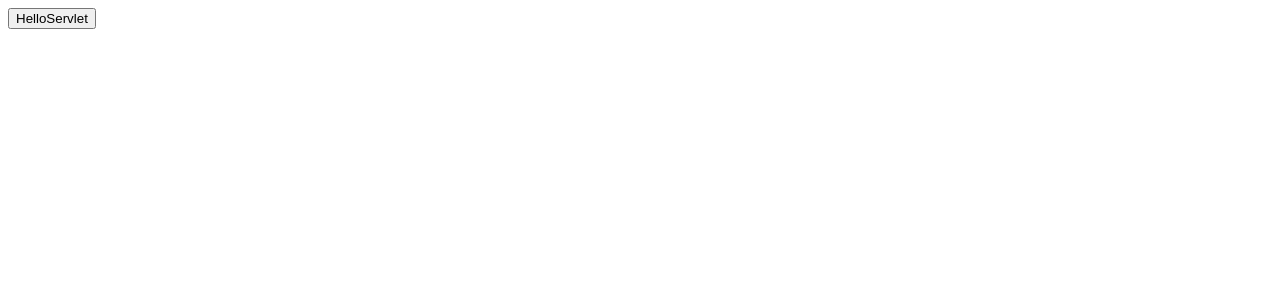
Repository: unosaan/test
Page: http://localhost/HelloServlet/
These files come from the project's save history. The page is drawn as it stood at one moment and after the next save; the edit follows.
The browser window is 1280 px wide. The pictures show the whole page.
The page is served by Tomcat 9. Other server files are loaded and not shown.

Above is the page before, as saved 2018-04-06 10:55:55.

### HelloServlet/WebContent/index.jsp
<%@ page language="java" contentType="text/html; charset=UTF-8"
    pageEncoding="UTF-8"%>
<!DOCTYPE html >
<html>
<head>
<meta charset="UTF-8">
<title>HelloServlet</title>
</head>
<body>
<input type="button" value="HelloServlet" onClick="location.href='HelloServlet'">

</body>
</html>

After the next save:
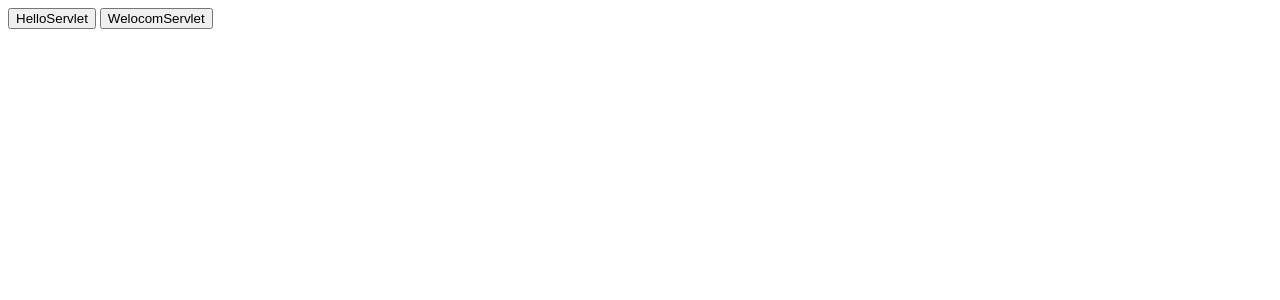
Saved 8 min 4 s later.
--- a/HelloServlet/WebContent/index.jsp
+++ b/HelloServlet/WebContent/index.jsp
@@ -8,6 +8,6 @@
 </head>
 <body>
 <input type="button" value="HelloServlet" onClick="location.href='HelloServlet'">
-
+<input type="button" value="WelocomServlet" onClick="location.href='welcome.jsp'">
 </body>
 </html>
